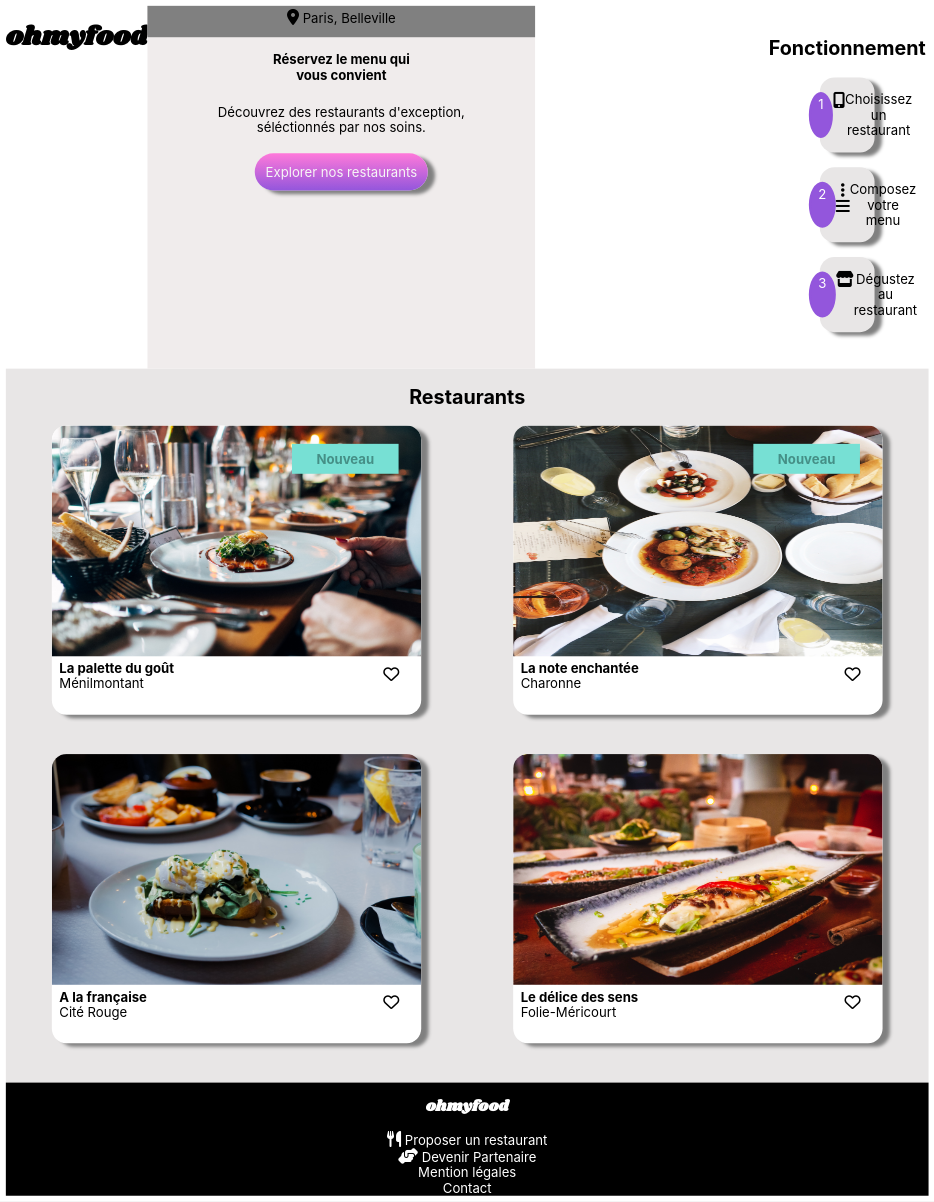
Repository: yacinebouk/ohmyfood
Page: index.html
These files come from the project's save history. The page is drawn as it stood at one moment and after the next save; the edit follows.
The browser window is 1280 px wide. The pictures show the whole page, at 73% of full size.
Some web libraries are served in a nearby version. The style sheet was rebuilt from its Sass, Less or Tailwind sources for each picture, by a compiler version that may differ from the author's.

Above is the page before, as saved 2022-07-15 11:17:33.

### index.html
<!DOCTYPE html>
<html lang="fr">

<head>
    <script src="https://kit.fontawesome.com/225bbe1e2d.js" crossorigin="anonymous"></script>
    <meta charset="utf-8" />
    <title>ohmyfood</title>
    <link rel="stylesheet" href="css/styles.css" />
    <meta name="viewport" content="width=device-width, initial-scale=1">
</head>

<body>
    <div class="hide">
        <div class="loader"></div>
    </div>
    <main>
        <header>
            <h1 class="Tittle">ohmyfood</h1>
            <div class="search">
                <div class="town"> <span><i class="fa-solid fa-location-dot"></i></span> Paris, Belleville</div>
                <div class="reservation"> <b> Réservez le menu qui <br> vous convient</b> </div>
                <div class="discover">Découvrez des restaurants d'exception, <br> séléctionnés par nos soins.</div>
                <div class="explore">
                    <span class="explore-text">Explorer nos restaurants</span>
                </div>
            </div>
            <section class="section-working">
                <div class="working">
                    <h2>Fonctionnement</h2>
                    <div class="choose">
                        <div class="number">1</div>
                        <div class="logo-work"> <i class="fa-solid fa-mobile-screen-button"></i></div>
                        <div class="text-work"> Choisissez un restaurant</div>
                    </div>
                    <div class="compose">
                        <div class="number">2</div>
                        <div class="logo-work"><i class="fa-solid fa-ellipsis-vertical"><i class="fa-solid fa-bars"></i></i>
                        </div>
                        <div class="text-work"> Composez votre menu</div>
                    </div>
                    <div class="taste">
                        <div class="number">3</div>
                        <div class="logo-work"><i class="fa-solid fa-store"></i>
                        </div>
                        <div class="text-work"> Dégustez au restaurant</div>
                    </div>
            </section>
        </header>
        <section class="section-restaurant">
            <div class="restaurant">
                <h2>Restaurants</h2>
                <div class="block-restaurant">
                    <div class="border-restaurant">
                        <div class="block-picture">
                            <div class="new"><b>Nouveau</b></div>
                            <div class="picture-restaurant"> <img src="./images/restaurants/jay-wennington-N_Y88TWmGwA-unsplash.jpg" style="height:100%;width: 100%" alt="Ohmyfood"></div>
                        </div>
                        <div class="block-text">
                            <div class="text">
                                <a href="./palette.html">
                                    <div class="title-restaurant"><b> La palette du goût</b>
                                    </div>
                                    <div class="place-restaurant"> Ménilmontant</div>
                                </a>
                            </div>
                            <div class="heart">
                                <button>
                                <span class="heart-regular"><i class="fa-regular fa-heart"></i></span>
                                <span class="heart-solid"><i class="fa-solid fa-heart"></i></span>
                                </button>
                            </div>
                        </div>
                    </div>
                    <div class="border-restaurant">
                        <div class="block-picture">
                            <div class="new"><b>Nouveau</b></div>
                            <div class="picture-restaurant"> <img src="./images/restaurants/stil-u2Lp8tXIcjw-unsplash.jpg" style="height:100%;width: 100%" alt="Ohmyfood"></div>
                        </div>
                        <div class="block-text">
                            <div class="text">
                                <a href="./noteenchanté.html">
                                    <div class="title-restaurant"><b> La note enchantée</b>
                                    </div>
                                    <div class="place-restaurant"> Charonne</div>
                                </a>
                            </div>
                            <div class="heart">
                                <button>
                                <span class="heart-regular"><i class="fa-regular fa-heart"></i></span>
                                <span class="heart-solid"><i class="fa-solid fa-heart"></i></span>
                                </button>
                            </div>
                        </div>
                    </div>
                    <div class="border-restaurant">
                        <div class="block-picture">
                            <div class="picture-restaurant"> <img src="./images/restaurants/toa-heftiba-DQKerTsQwi0-unsplash.jpg" style="height:100%;width: 100%" alt="Ohmyfood"></div>
                        </div>
                        <div class="block-text">
                            <div class="text">
                                <a href="./francaise.html">
                                    <div class="title-restaurant"><b>A la française</b>
                                    </div>
                                    <div class="place-restaurant"> Cité Rouge</div>
                                </a>
                            </div>
                            <div class="heart">
                                <button>
                                <span class="heart-regular"><i class="fa-regular fa-heart"></i></span>
                                <span class="heart-solid"><i class="fa-solid fa-heart"></i></span>
                                </button>
                            </div>
                        </div>
                    </div>
                    <div class="border-restaurant">
                        <div class="block-picture">
                            <div class="picture-restaurant"> <img src="./images/restaurants/louis-hansel-shotsoflouis-qNBGVyOCY8Q-unsplash.jpg" style="height:100%;width: 100%" alt="Ohmyfood"></div>
                        </div>
                        <div class="block-text">
                            <div class="text">
                                <a href="./ledélice.html">
                                    <div class="title-restaurant"><b>Le délice des sens</b></div>
                                    <div class="place-restaurant">Folie-Méricourt</div>
                                </a>
                            </div>
                            <div class="heart">
                                <button>
                                <span class="heart-regular"><i class="fa-regular fa-heart"></i></span>
                                <span class="heart-solid"><i class="fa-solid fa-heart"></i></span>
                                </button>
                            </div>
                        </div>
                    </div>
                </div>
            </div>
        </section>
        <footer>
            <div class="frame-end">
                <h3 class="little-tittle">ohmyfood </h3>
                <div class="end">
                    <div class="propose"> <i class="fa-solid fa-utensils"></i> Proposer un restaurant</div>
                    <div class="partner"> <i class="fa-solid fa-handshake-angle"></i> Devenir Partenaire</div>
                    <div class="mention">Mention légales</div>
                    <div class="contact">
                        <a href="mailto:yacineboukhari@hotmail.com">Contact</a></div>
                </div>
            </div>
        </footer>
    </main>
</body>

### style/styles.scss
main {
    font-size: 18px;
    font-family: -apple-system, BlinkMacSystemFont, 'Segoe UI', Roboto, Oxygen, Ubuntu, Cantarell, 'Open Sans', 'Helvetica Neue', sans-serif;
}

@font-face {
    font-family: 'Shrikhand';
    src: url('../language/Shrikhand-Regular.otf');
}

h1 {
    font-family: 'Shrikhand';
}

h3 {
    font-family: 'Shrikhand';
}

h2 {
    text-align: center;
}

header {
    text-align: center;
}

@mixin shadow {
    box-shadow: grey 10px 5px 5px;
}

@mixin block {
    display: flex;
    flex-direction: row;
    justify-content: space-between;
    padding-bottom: 40px;
    @include shadow;
    background-color: rgb(232, 230, 230);
    border-radius: 20px 20px;
    padding: 20px 20px 20px 0px;
    width: 25%;
    margin: auto;
}

.logo-img {
    padding-bottom: 20px;
}

header {
    display: flex;
    flex-direction: row;
}

.search {
    margin-right: 25%;
    background-color: rgb(240, 236, 236);
    padding-bottom: 20px;
    width: 50%;
}

.town {
    padding-bottom: 15px;
    border-bottom: lightgray 2px;
    padding-top: 5px;
    background-color: grey;
}

.reservation {
    padding-top: 20px;
    padding-bottom: 30px
}

.discover {
    padding-bottom: 40px;
}

.explore {
    padding-bottom: 40px;
}

.explore span {
    @include shadow;
    background: linear-gradient(#FF79DA, #9356DC);
    border-radius: 50px 50px;
    padding: 15px;
    color: #f6f6f6;
}

.working {
    padding-top: 20px;
    display: flex;
    justify-content: center;
    flex-direction: column;
}

.number {
    border: #9356DC solid;
    border-radius: 50%;
    background-color: #9356DC;
    padding: 3px 10px 3px 10px;
    color: white;
    margin-left: -15px;
}

.choose {
    @include block;
    margin-bottom: 20px;
    &:hover {
        .logo-work {
            color: #9356DC;
        }
        background-color: #d8cee4;
    }
}

.compose {
    @include block;
    margin-bottom: 20px;
    &:hover {
        .logo-work {
            color: #9356DC;
        }
        background-color: #d8cee4;
    }
}

.taste {
    @include block;
    margin-bottom: 50px;
    &:hover {
        .logo-work {
            color: #9356DC;
        }
        background-color: #d8cee4;
    }
}

.section-restaurant {
    display: flex;
    flex-direction: column;
    background-color: rgb(232, 230, 230);
}

h1 {
    text-align: center;
    padding-bottom: 20px;
}

.block-restaurant {
    display: flex;
    flex-wrap: wrap;
    height: 900px;
    width: 100%;
    justify-content: space-around;
}

.border-restaurant {
    width: 40%;
    height: 44%;
    overflow: hidden;
    @include shadow;
    background-color: white;
    border-radius: 20px 20px;
}

.picture-restaurant {
    height: 80%;
}

.text {
    padding-left: 10px;
    display: flex;
    flex-direction: column;
    width: 100%;
}

.text a {
    text-decoration: none black;
    color: black;
}

.block-text {
    display: flex;
    place-items: flex-end;
    justify-content: space-between;
}

.heart {
    height: 100%;
    width: 100px;
    margin-bottom: auto;
    min-height: 48px;
    display: flex;
    justify-content: center;
    align-items: center;
    cursor: pointer;
    button {
        height: 100%;
        background-color: transparent;
        background-repeat: no-repeat;
        display: flex;
        justify-content: center;
        align-items: center;
        cursor: pointer;
        border: none;
        cursor: pointer;
        overflow: hidden;
        outline: none;
        &:focus {
            .heart-solid {
                animation: 3s colorin;
                display: flex;
            }
            .heart-regular {
                display: none;
            }
        }
    }
}

.heart-solid {
    display: none;
    font-weight: 900;
    background-clip: text;
    -webkit-background-clip: text;
    -moz-background-clip: text;
    background-image: linear-gradient(#9356DC, #FF79DA);
    -webkit-text-fill-color: transparent;
}

i {
    font-size: 22px;
}

@keyframes colorin {
    0% {
        visibility: hidden;
        opacity: 0;
    }
    100% {
        visibility: visible;
        opacity: 1;
    }
}

@keyframes fadeIn {
    0% {
        visibility: visible;
        opacity: 1;
    }
    100% {
        visibility: hidden;
        opacity: 0;
    }
}

.loader {
    border: 10px solid #f3f3f3;
    border-top: 10px solid red;
    border-bottom: 10px solid blue;
    border-radius: 50%;
    width: 100px;
    height: 100px;
    margin: auto;
    position: absolute;
    top: 0;
    left: 0;
    right: 0;
    bottom: 0;
    -webkit-animation: spin 1.5s linear infinite;
    -o-animation: spin 1.5s linear infinite;
    animation: spin 1.5s linear infinite;
}

.hide {
    animation: 2s fadeIn;
    animation-fill-mode: forwards;
}

main {
    animation: 2s fadeOut;
}

@keyframes fadeOut {
    0% {
        visibility: hidden;
        opacity: 0;
    }
    100% {
        visibility: visible;
        opacity: 1;
    }
}

@keyframes fadeIn {
    0% {
        visibility: visible;
        opacity: 1;
    }
    100% {
        visibility: hidden;
        opacity: 0;
    }
}

@keyframes spin {
    0% {
        transform: rotate(0deg);
    }
    100% {
        transform: rotate(360deg);
    }
}

.frame-end {
    text-align: center;
    background-color: black;
    color: white;
    display: flex;
    flex-direction: column;
}

.little-picture {
    height: 20px;
}

.contact a {
    text-decoration: none white;
    color: white;
}

.block-picture {
    position: relative;
    height: 80%;
}

.picture-restaurant {
    height: 100%;
}

.new {
    color: rgb(69, 143, 134);
    background-color: rgb(119, 224, 212);
    width: 25%;
    position: absolute;
    text-align: center;
    margin-left: 65%;
    margin-top: 5%;
    padding: 10px;
}

@media screen and (min-width: 320px) and (max-width: 768px) {
    main {
        font-size: 20px;
    }
    body {
        margin: 0;
        width: 100%;
    }
    header {
        width: 100%;
    }
    .logo-img {
        padding-bottom: 10px;
    }
    .search {
        border: none;
        margin: 0;
        width: 100%;
    }
    .town {
        padding-top: 5px;
        background-color: rgb(216, 214, 214);
        border-bottom: none;
        border-top: solid 2px grey;
    }
    .reservation {
        font-size: 24px;
        padding-bottom: 20px;
    }
    h1 {
        text-align: center;
    }
    h2 {
        text-align: initial;
    }
    h3 {
        margin-left: 20px;
    }
    .working {
        margin-left: 20px;
    }
    .choose {
        margin-left: 0;
        width: 90%;
    }
    .compose {
        margin-left: 0;
        width: 90%;
    }
    .taste {
        margin-left: 0;
        width: 90%;
    }
    .restaurant {
        margin-left: 20px;
    }
    .block-restaurant {
        height: auto;
        justify-content: unset;
    }
    .border-restaurant {
        width: 95%;
        height: 40%;
        margin-bottom: 20px;
    }
    .picture-restaurant {
        height: 200px;
        width: 100%;
    }
    .block-text {
        padding: 10px;
    }
    .frame-end {
        text-align: initial;
    }
    .end {
        display: flex;
        justify-content: space-around;
        flex-direction: column;
        margin-left: 20px;
    }
    .contact {
        padding-bottom: 20px;
    }
}

@media screen and (min-width: 769px) and (max-width: 991px) {
    .choose {
        width: 32%;
        margin-left: 34%;
    }
    .compose {
        width: 32%;
        margin-left: 34%;
    }
    .taste {
        width: 32%;
        margin-left: 34%;
    }
}

After the next save:
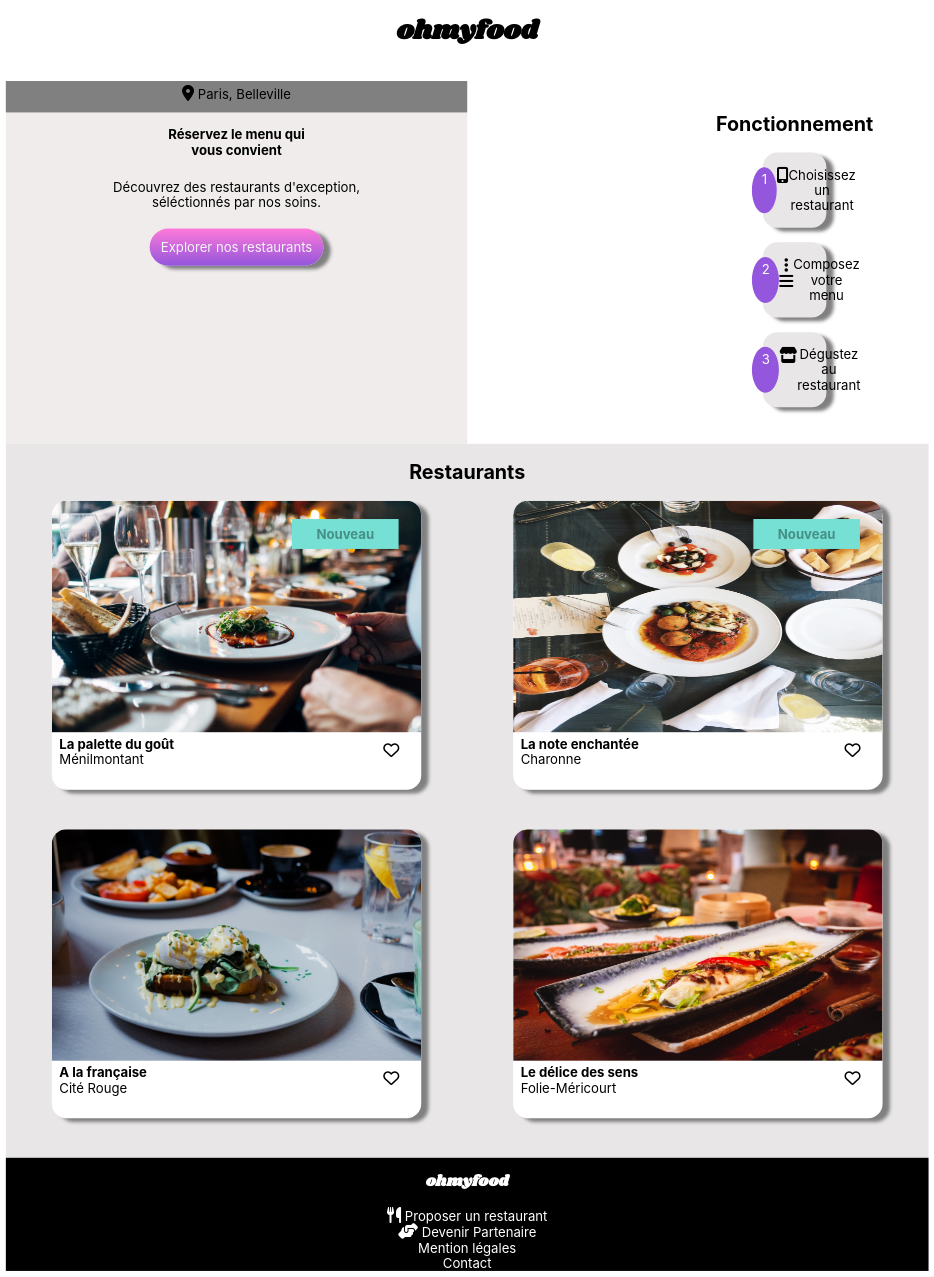
Saved 56 s later.
--- a/index.html
+++ b/index.html
@@ -14,8 +14,8 @@
         <div class="loader"></div>
     </div>
     <main>
+        <h1 class="Tittle">ohmyfood</h1>
         <header>
-            <h1 class="Tittle">ohmyfood</h1>
             <div class="search">
                 <div class="town"> <span><i class="fa-solid fa-location-dot"></i></span> Paris, Belleville</div>
                 <div class="reservation"> <b> Réservez le menu qui <br> vous convient</b> </div>
